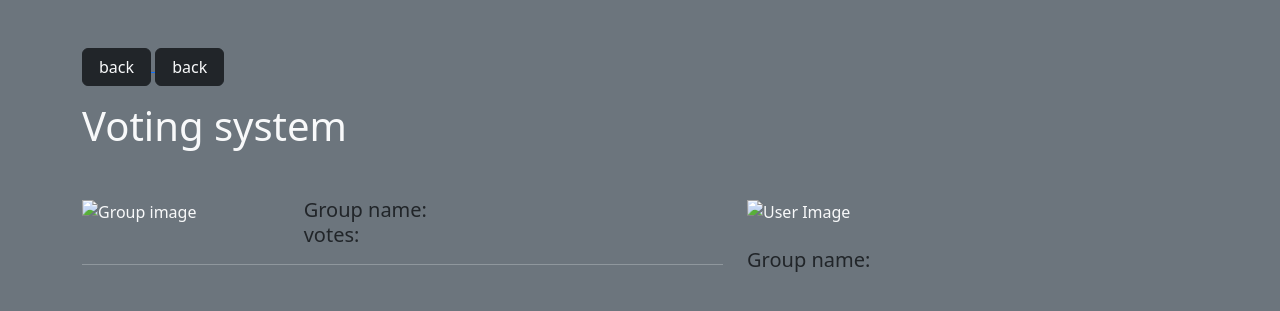
Repository: AvinashLikesToLearnNewStuff/VotingSite
Page: http://localhost/partials/dashboard.php
The author's editor kept a copy of each file at every save. The page is drawn from the files as they stood at one save, then again after the next save.
The browser window is 1280 px wide. The pictures show the whole page.
The page is run by PHP 8.4 with error messages shown; the project is at /var/www/html/.

Above is the page before, as saved 2023-03-10 19:50:07.

### partials/dashboard.php
<!DOCTYPE html>
<html lang="en">
<head>
    <meta charset="UTF-8">
    <meta http-equiv="X-UA-Compatible" content="IE=edge">
    <meta name="viewport" content="width=device-width, initial-scale=1.0">
    <title>Voting System dashboard</title>
        <!-- bootstrap css link -->
     <link href="https://cdn.jsdelivr.net/npm/bootstrap@5.2.3/dist/css/bootstrap.min.css" rel="stylesheet" integrity="sha384-rbsA2VBKQhggwzxH7pPCaAqO46MgnOM80zW1RWuH61DGLwZJEdK2Kadq2F9CUG65" crossorigin="anonymous">


</head>

<body class="bg-secondary text-light">
    <div class="container my-5">

    <a href="../">
        <button class="btn btn-dark text-light px-3">back</button>
    </a>
    <a href="logout.php">

        <button class="btn btn-dark text-light px-3">back</button>
    </a>
<h1 class = "my-3">Voting system</h1>
<div class="row my-5">
    <div class="col-md-7">
        <!-- groups -->
        <div class="row">
            <div class="col-md-4 mx-auto d-block">

<img src="" alt="Group image">
            </div>
            <div class="col-md-8">
<strong class="text-dark h5">Group name:</strong><br>
<strong class="text-dark h5">votes:</strong><br>
            </div>
        </div>
    <hr>
    </div>
    <div class="col-md-5">
        <!-- user -->
        <img src="" alt="User Image">
        <br>
        <br>
<strong class="text-dark h5">Group name:</strong><br>
    </div>
</div>
    </div>
</body>
</html>

After the next save:
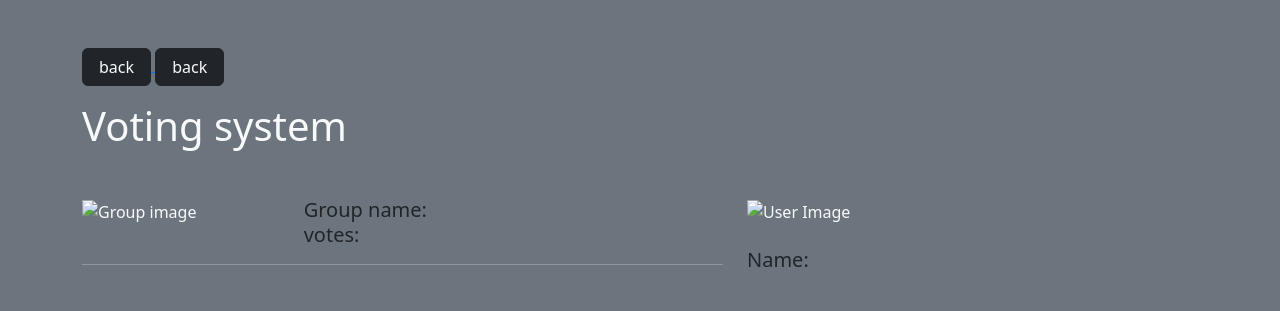
Saved 11 s later.
--- a/partials/dashboard.php
+++ b/partials/dashboard.php
@@ -42,7 +42,7 @@
         <img src="" alt="User Image">
         <br>
         <br>
-<strong class="text-dark h5">Group name:</strong><br>
+<strong class="text-dark h5">Name:</strong><br>
     </div>
 </div>
     </div>
